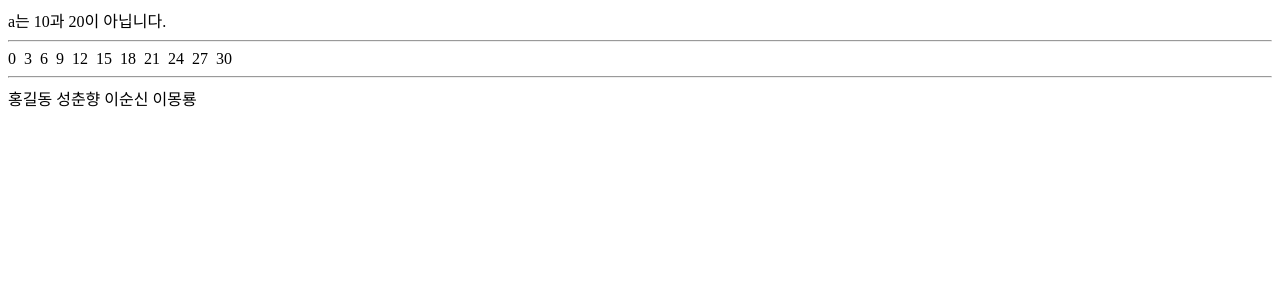
Repository: orieasy1/23-1-Programming-Study
Page: http://localhost/Jsp_DB/el_jstl/jstl02.jsp
These files come from the project's save history. The page is drawn as it stood at one moment and after the next save; the edit follows.
The browser window is 1280 px wide. The pictures show the whole page.
The page is served by Tomcat 9. Other server files are loaded and not shown.

Above is the page before, as saved 2023-08-26 09:54:02.

### JSPcode/Jsp_DB/src/main/webapp/el_jstl/jstl02.jsp
<%@page import="java.util.ArrayList"%>
<%@page import="java.util.List"%>
<%@ page language="java" contentType="text/html; charset=UTF-8"
    pageEncoding="UTF-8"%>

<%@ taglib prefix="c" uri="http://java.sun.com/jsp/jstl/core" %>

<!DOCTYPE html>
<html>
<head>
<meta charset="UTF-8">
<title>Insert title here</title>
</head>
<body>

	<%--
	choose는 자바의 switch문과 비슷한 역할을 한다.
	case와 같은 역할을 하는것은 choose안의 when태그 이다.
	default문 같은 역할을 사용하고 싶으면 choose태그 안에 otherwise 태그를 한다.
	 --%>

	<c:set var="a" value="30" />

	<c:choose>

		<c:when test="${a == 10 }">
			a는 10 입니다.<br>
		</c:when>

		<c:when test="${a == 20 }">
			a는 20 입니다.<br>
		</c:when>

		<c:otherwise>
			a는 10과 20이 아닙니다.<br>
		</c:otherwise>

	</c:choose>
	<hr>
	<%--
		forEach : for문
	 --%>

	<c:forEach var="i" begin="0" end="30" step="3" >
		${i}&nbsp;
	</c:forEach>

	<hr>

	<%
		List<String> list = new ArrayList<>();

		list.add("홍길동");
		list.add("성춘향");
		list.add("이순신");
		list.add("이몽룡");

		request.setAttribute("list", list);
		// request 객체에 ArrayList를 바인딩한다.
	%>

	<c:forEach var="name" items="${list}" >

		${name}

	</c:forEach>


</body>
</html>

After the next save:
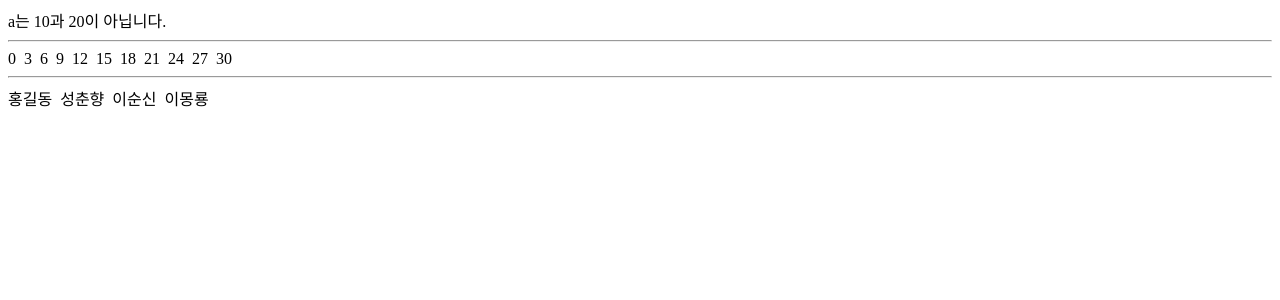
Saved 4 s later.
--- a/JSPcode/Jsp_DB/src/main/webapp/el_jstl/jstl02.jsp
+++ b/JSPcode/Jsp_DB/src/main/webapp/el_jstl/jstl02.jsp
@@ -61,7 +61,7 @@
 
 	<c:forEach var="name" items="${list}" >
 
-		${name}
+		${name}&nbsp;
 
 	</c:forEach>
 
